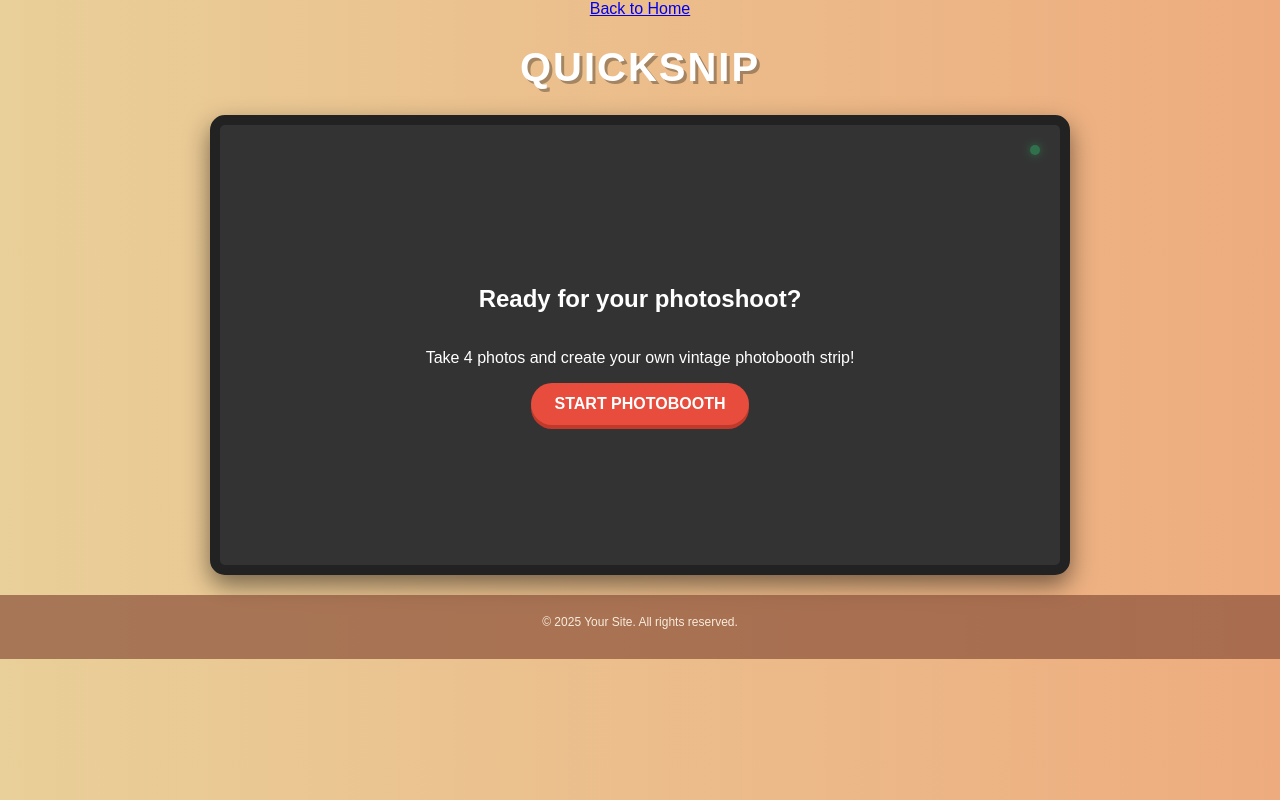
Repository: Strawb3rryjam/QuickSnip
Page: photobooth.html
The author's editor kept a copy of each file at every save. The page is drawn from the files as they stood at one save, then again after the next save.
The browser window is 1280 px wide. The pictures show the whole page.
Some web fonts or font styles are not loaded; a fallback is used.

Above is the page before, as saved 2025-05-09 11:43:13.

After the next save:
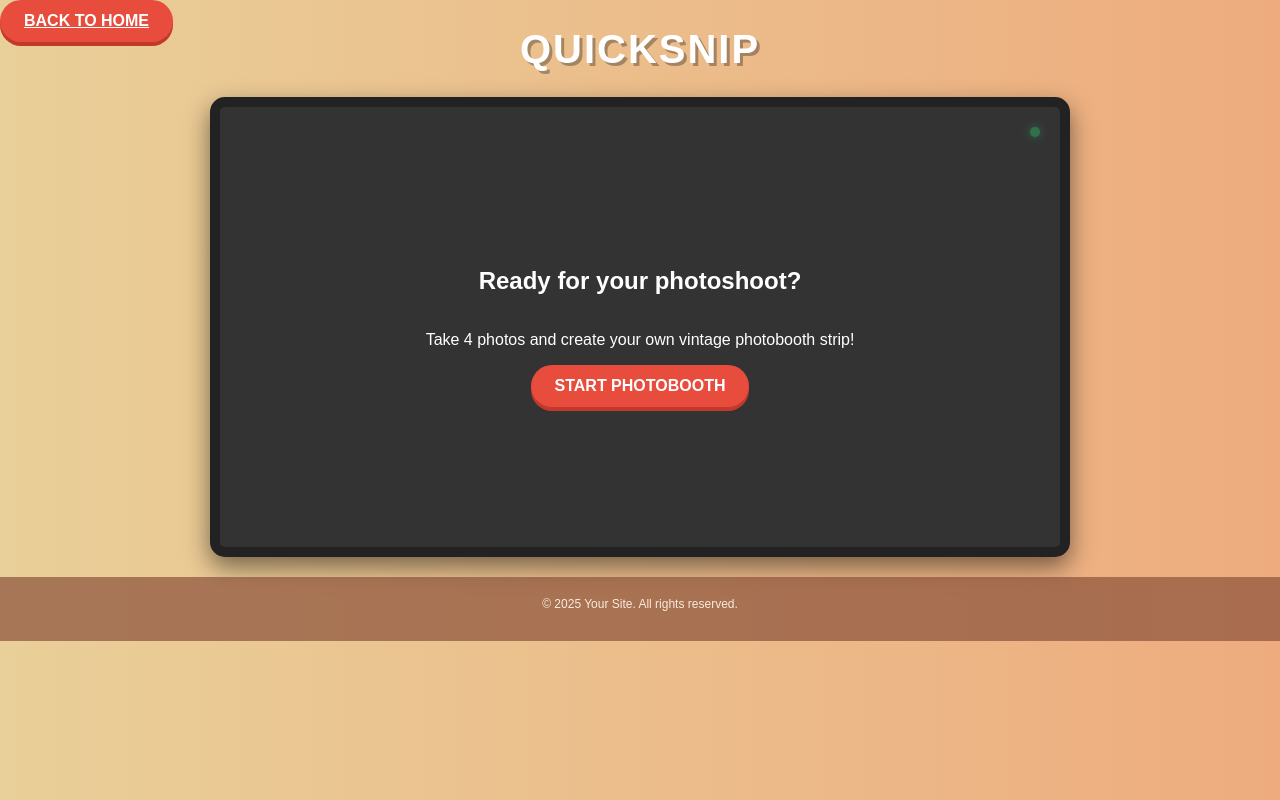
Saved 9 s later.
--- a/styles.css
+++ b/styles.css
@@ -64,7 +64,6 @@ h1 {
 
 
 #home {
- button {
   position: absolute;
   top: 0;
   left: 0;
